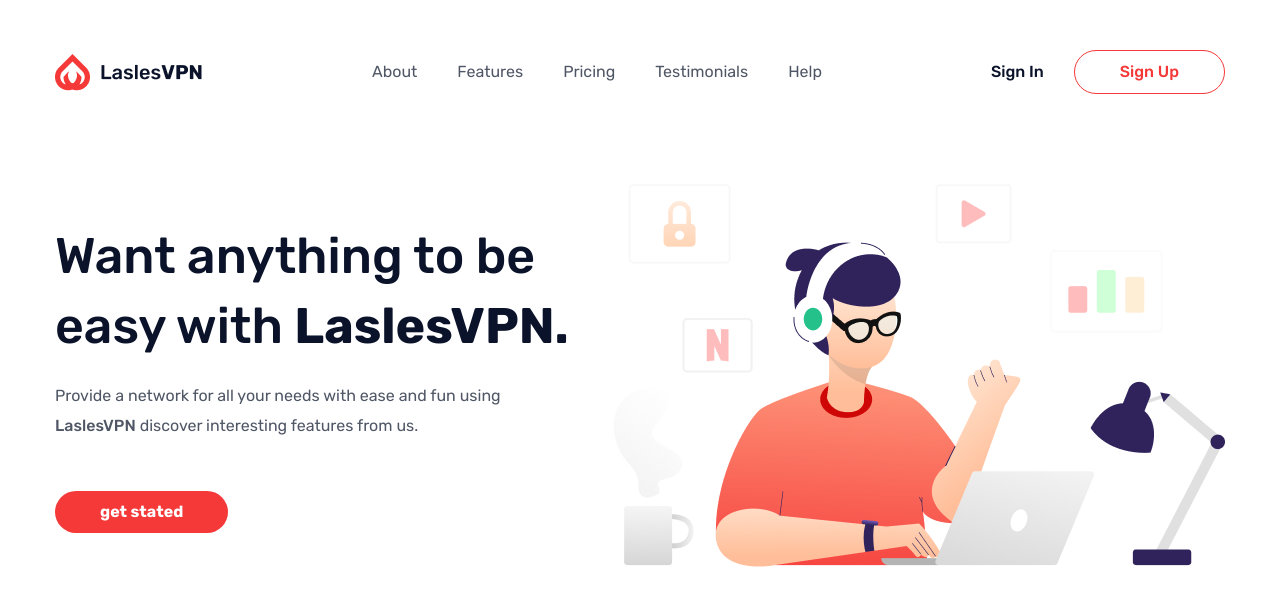
Repository: longvuht/lasles-VPN-vu
Page: index.html
An editor plug-in stored every save of this project. The page is shown before and after the next save, followed by the edit.
The browser window is 1280 px wide. The pictures show the whole page.
The style sheet was rebuilt from its Sass, Less or Tailwind sources for each picture, by a compiler version that may differ from the author's.

Above is the page before, as saved 2022-09-10 16:44:13.

After the next save:
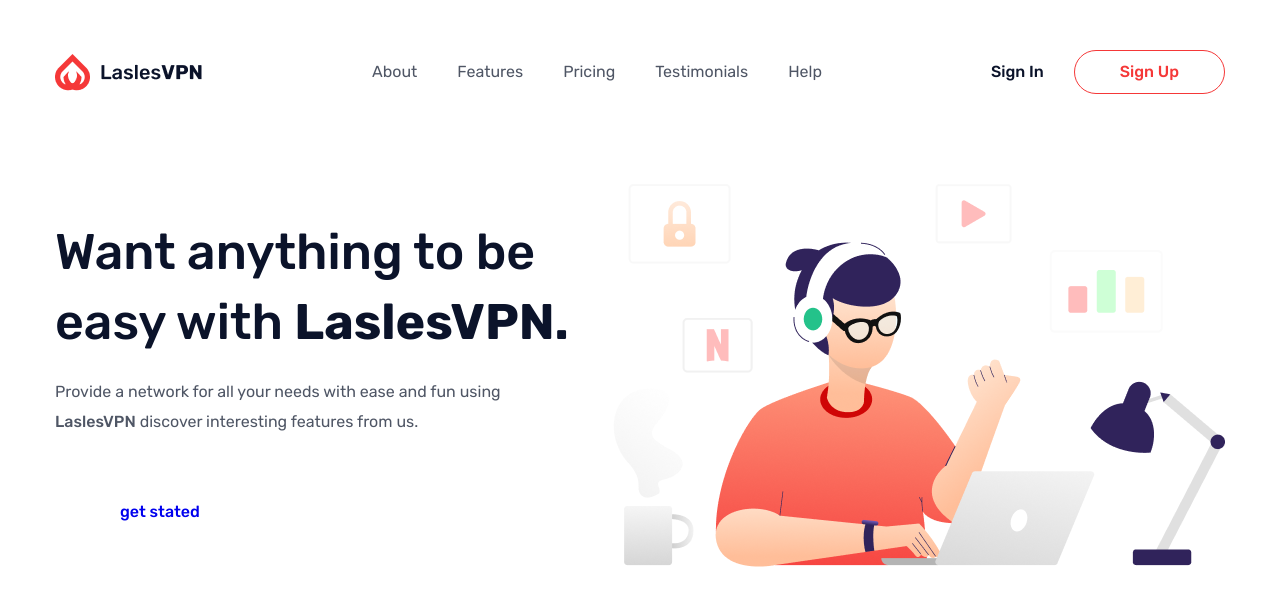
Saved 13 s later.
--- a/index.html
+++ b/index.html
@@ -59,7 +59,7 @@
                   <strong>LaslesVPN</strong> discover interesting features from
                   us.
                 </p>
-                <a href="#" class="button button--primary">get stated</a>
+                <a href="#" class="button button--rounded">get stated</a>
               </div>
               <div class="hero-image">
                 <img src="./img/hero-img.png" alt="hero image" />
